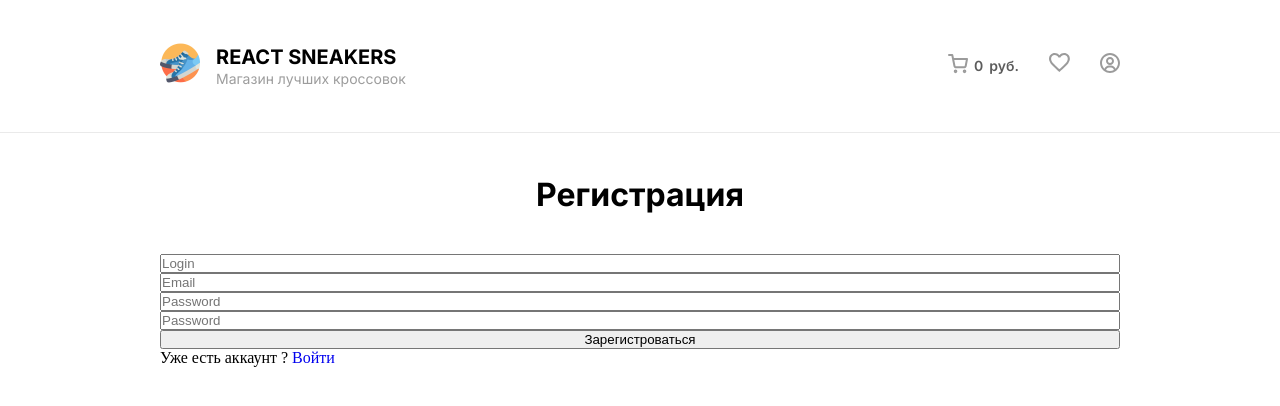
Repository: maxbirimkulov/sneakers20
Page: src/pages/register.html
The author's editor kept a copy of each file at every save. The page is drawn from the files as they stood at one save, then again after the next save.
The browser window is 1280 px wide. The pictures show the whole page.
The style sheet was rebuilt from its Sass, Less or Tailwind sources for each picture, by a compiler version that may differ from the author's.

Above is the page before, as saved 2022-11-12 20:48:12.

### src/pages/register.html
<!DOCTYPE html>
<html lang="en">
  <head>
    <meta charset="UTF-8" />
    <meta
      name="viewport"
      content="width=device-width, user-scalable=no, initial-scale=1.0, maximum-scale=1.0, minimum-scale=1.0"
    />
    <meta http-equiv="X-UA-Compatible" content="ie=edge" />
    <title>Document</title>
    <link rel="stylesheet" href="../css/style.css" />
  </head>
  <body>
    <div class="floor">
      <header class="header">
        <div class="container">
          <nav class="header__nav">
            <div class="header__logo">
              <img
                src="../images/mainLogo.png"
                alt="Logo"
                class="header__logo-img"
              />
              <div class="header__logo-text">
                <h1 class="header__logo-title">
                  <a href="../../index.html" class="header__logo-title-link"
                    >react sneakers</a
                  >
                </h1>
                <p class="header__logo-subtitle">
                  <a href="../../index.html" class="header__logo-subtitle"
                    >Магазин лучших кроссовок</a
                  >
                </p>
              </div>
            </div>
            <div class="header__links">
              <p class="header__links-basket">
                <span class="header__links-basket-logo"
                  ><svg
                    width="20"
                    height="20"
                    viewBox="0 0 20 20"
                    fill="none"
                    xmlns="http://www.w3.org/2000/svg"
                  >
                    <path
                      d="M7.54548 18.1818C7.99735 18.1818 8.36366 17.8155 8.36366 17.3636C8.36366 16.9118 7.99735 16.5455 7.54548 16.5455C7.09361 16.5455 6.72729 16.9118 6.72729 17.3636C6.72729 17.8155 7.09361 18.1818 7.54548 18.1818Z"
                      stroke="#9B9B9B"
                      stroke-width="2"
                      stroke-linecap="round"
                      stroke-linejoin="round"
                    />
                    <path
                      d="M16.5455 18.1818C16.9973 18.1818 17.3637 17.8155 17.3637 17.3636C17.3637 16.9118 16.9973 16.5455 16.5455 16.5455C16.0936 16.5455 15.7273 16.9118 15.7273 17.3636C15.7273 17.8155 16.0936 18.1818 16.5455 18.1818Z"
                      stroke="#9B9B9B"
                      stroke-width="2"
                      stroke-linecap="round"
                      stroke-linejoin="round"
                    />
                    <path
                      d="M1 1H4.27273L6.46545 11.9555C6.54027 12.3321 6.7452 12.6705 7.04436 12.9113C7.34351 13.1522 7.71784 13.2801 8.10182 13.2727H16.0545C16.4385 13.2801 16.8129 13.1522 17.112 12.9113C17.4112 12.6705 17.6161 12.3321 17.6909 11.9555L19 5.09091H5.09091"
                      stroke="#9B9B9B"
                      stroke-width="2"
                      stroke-linecap="round"
                      stroke-linejoin="round"
                    />
                  </svg>
                </span>
                <span class="total">0</span> руб.
              </p>
              <a href="./favorites.html" class="header__links-favorites"
                ><span class="header__links-favorites-logo"
                  ><svg
                    width="21"
                    height="19"
                    viewBox="0 0 21 19"
                    fill="none"
                    xmlns="http://www.w3.org/2000/svg"
                  >
                    <path
                      d="M15.1003 0C16.7293 0 18.0976 0.54932 19.2052 1.64796C20.3129 2.7466 20.8668 4.08759 20.8668 5.67092C20.8668 6.44643 20.7039 7.23002 20.3781 8.02169C20.0523 8.81335 19.6939 9.51616 19.303 10.1301C18.912 10.744 18.2523 11.5357 17.3238 12.5051C16.3953 13.4745 15.6134 14.2581 14.9781 14.8559C14.3428 15.4537 13.3248 16.3665 11.9239 17.5944L10.4089 18.9515L8.89403 17.6429C7.52572 16.3827 6.51577 15.4537 5.8642 14.8559C5.21262 14.2581 4.42258 13.4745 3.49408 12.5051C2.56559 11.5357 1.90586 10.744 1.51492 10.1301C1.12397 9.51616 0.773748 8.81335 0.464249 8.02169C0.15475 7.23002 0 6.44643 0 5.67092C0 4.08759 0.553841 2.7466 1.66152 1.64796C2.7692 0.54932 4.12123 0 5.71759 0C7.60717 0 9.17095 0.727041 10.4089 2.18112C11.6469 0.727041 13.2107 0 15.1003 0ZM10.5067 16.0918C12.1031 14.6701 13.2677 13.6118 14.0008 12.9171C14.7338 12.2224 15.5401 11.3903 16.4198 10.4209C17.2994 9.45153 17.9102 8.60332 18.2523 7.87628C18.5944 7.14924 18.7654 6.41412 18.7654 5.67092C18.7654 4.63691 18.4152 3.78061 17.7148 3.10204C17.0143 2.42347 16.1428 2.08418 15.1003 2.08418C14.3184 2.08418 13.5772 2.31037 12.8768 2.76276C12.1764 3.21514 11.6795 3.79677 11.3863 4.50765H9.43158C9.17095 3.79677 8.69041 3.21514 7.98997 2.76276C7.28952 2.31037 6.53206 2.08418 5.71759 2.08418C4.67507 2.08418 3.81173 2.42347 3.12757 3.10204C2.44342 3.78061 2.10134 4.63691 2.10134 5.67092C2.10134 6.41412 2.26423 7.14924 2.59002 7.87628C2.91581 8.60332 3.52666 9.45153 4.42258 10.4209C5.3185 11.3903 6.13297 12.2224 6.866 12.9171C7.59902 13.6118 8.74743 14.6701 10.3112 16.0918L10.4089 16.1888L10.5067 16.0918Z"
                      fill="#9B9B9B"
                    />
                  </svg> </span
              ></a>
              <a href="./register.html" class="header__links-user"
                ><span class="header__links-user-logo"
                  ><svg
                    width="20"
                    height="20"
                    viewBox="0 0 20 20"
                    fill="none"
                    xmlns="http://www.w3.org/2000/svg"
                  >
                    <path
                      fill-rule="evenodd"
                      clip-rule="evenodd"
                      d="M0 10C0 4.579 4.579 0 10 0C15.421 0 20 4.579 20 10C20 13.19 18.408 16.078 16 17.924V18H15.898C14.23 19.245 12.187 20 10 20C7.813 20 5.77 19.245 4.102 18H4V17.924C1.592 16.078 0 13.189 0 10ZM7.12347 15.236C6.59154 15.6639 6.22136 16.2604 6.074 16.927C7.242 17.604 8.584 18 10 18C11.416 18 12.758 17.604 13.926 16.927C13.7785 16.2605 13.4082 15.6641 12.8764 15.2362C12.3445 14.8083 11.6827 14.5744 11 14.573H9C8.3173 14.5742 7.6554 14.808 7.12347 15.236ZM13.7677 13.4117C14.5877 13.9574 15.2286 14.7329 15.61 15.641C17.077 14.182 18 12.176 18 10C18 5.663 14.337 2 10 2C5.663 2 2 5.663 2 10C2 12.176 2.923 14.182 4.39 15.641C4.77144 14.7329 5.41227 13.9574 6.23227 13.4117C7.05227 12.866 8.01501 12.5742 9 12.573H11C11.985 12.5742 12.9477 12.866 13.7677 13.4117ZM6 8C6 5.72 7.72 4 10 4C12.28 4 14 5.72 14 8C14 10.28 12.28 12 10 12C7.72 12 6 10.28 6 8ZM8 8C8 9.178 8.822 10 10 10C11.178 10 12 9.178 12 8C12 6.822 11.178 6 10 6C8.822 6 8 6.822 8 8Z"
                      fill="#9B9B9B"
                    />
                  </svg> </span
              ></a>
            </div>
          </nav>
        </div>
      </header>
      <div class="container">
        <div class="register">
          <h2 class="register__title">Регистрация</h2>
          <form class="register__form">
            <input class="register__input" type="text" placeholder="Login" />
            <input class="register__input" type="email" placeholder="Email" />
            <input
              class="register__input"
              type="password"
              placeholder="Password"
            />
            <input
              class="register__input"
              type="password"
              placeholder="Password"
            />
            <button type="submit" class="register__btn">
              Зарегистроваться
            </button>
            <span>Уже есть аккаунт ? <a href="./login.html">Войти</a></span>
          </form>
        </div>
      </div>
    </div>
    <script type="module" src="../js/register.js"></script>
  </body>
</html>

### src/js/register.js
import {changeUser, getUserFromLocalStorage} from './user.js'

getUserFromLocalStorage()


let formRegister = document.querySelector('.register')
formRegister.addEventListener('submit', (e) =>{
    e.preventDefault()

    let userData = {
        login:e.target[0].value,
        email:e.target[1].value,
        password:e.target[2].value
    }

    fetch('http://localhost:8080/register', {
        method: "POST",
        headers: {
            'Content-Type':  'application/json'
        },
        body: JSON.stringify(userData)
    }).then((res) => res.json())
        .then((res) => {
            changeUser({
                ...res.user,
                token: res.accessToken
            })
        })
        .catch((err) => console.log(err))

})

### src/js/user.js



export let user = {
    login : "",
    email : ""
}

export const getUserFromLocalStorage = () => {
    if (localStorage.getItem('user') !== null){
        user = JSON.parse(localStorage.getItem('user'))
    }
}


export const changeUser = (data) => {
    user = {...data}
    localStorage.setItem('user', JSON.stringify(user))
    location.href = 'http://localhost:63342/new%20project/index.html'
}

### src/css/style.scss
@import url('https://fonts.googleapis.com/css2?family=DM+Sans:wght@700&family=Inter:wght@400;500;600;700&display=swap');

* {
  margin: 0;
  padding: 0;
  box-sizing: border-box;
  text-decoration: none;
  list-style-type: none;
  transition: 0.3s;
}
.container {
  max-width: 1050px;
  padding: 0 45px;
  margin: 0 auto;
}
$int: 'inter', sans-serif;

@mixin text($ff, $fs, $fw, $fz, $lh, $col) {
  font-family: $ff;
  font-style: $fs;
  font-weight: $fw;
  font-size: $fz;
  @if $lh > 0 {
    line-height: $lh;
  }
  color: $col;
}
body,
.floor {
  background-color: #fff;
}
@import '_header.scss';
@import '_main.scss';
@import '_assort.scss';
@import '_basketPopup.scss';
@import '_card.scss';
@import '_basket.scss';
@import '_favorites.scss';
@import '_basketNone.scss';
@import '_register';

### src/css/_header.scss
.header {
  padding: 43px 0 45px;
  &__nav {
    display: flex;
    justify-content: space-between;
    align-items: center;
  }
  &__logo {
    display: flex;
    &-img {
      width: 40px;
      height: 40px;
    }
    &-text {
      margin-left: 16px;
    }
    &-title {
      &-link {
        @include text($int, normal, 700px, 20px, 0, #000000);
        text-transform: uppercase;
      }
    }
    &-subtitle {
      @include text($int, normal, 400, 14px, 0, #9d9d9d);
    }
  }
  &__links {
    display: flex;
    &-basket {
      display: flex;
      gap: 6px;
      align-items: center;
      @include text($int, normal, 600, 14px, 0, #5c5c5c);
      margin-left: 10px;
      cursor: pointer;
    }
    &-favorites {
      margin: 0 30px;
    }
  }
  border-bottom: 1px solid #eaeaea;
}

### src/css/_main.scss
.swiper {
  width: 100%;
  height: 100%;
}

.swiper-slide {
  display: -webkit-box;
  display: -ms-flexbox;
  display: -webkit-flex;
  display: flex;
  -webkit-box-pack: center;
  -ms-flex-pack: center;
  -webkit-justify-content: center;
  justify-content: center;
  -webkit-box-align: center;
  -ms-flex-align: center;
  -webkit-align-items: center;
  align-items: center;
}

.swiper__icon{
  &-next{
    background-color: white;
    border-radius: 50%;
    cursor: pointer;
    position: absolute;
    right: 0;
    top: 50%;
    transform: translateY(-50%),;
    z-index: 2;
    padding: 8px 14px;
    display: flex;
    justify-content: center;
    align-items: center;
    transition: 0.2s;
    -webkit-box-shadow: 0px 0px 11px 5px rgba(0, 0, 0, 0.01);
    -moz-box-shadow: 0px 0px 11px 5px rgba(0, 0, 0, 0.01);
    box-shadow: 0px 0px 11px 5px rgba(0, 0, 0, 0.01);
    &:hover{
      transition: 0.2s;
      -webkit-box-shadow: 0px 0px 11px 5px rgba(0, 0, 0, 0.07);
      -moz-box-shadow: 0px 0px 11px 5px rgba(0, 0, 0, 0.07);
      box-shadow: 0px 0px 11px 5px rgba(0, 0, 0, 0.07);
    }
  }
  &-prev{
    background-color: white;
    border-radius: 50%;
    position: absolute;
    left: 0;
    top: 50%;
    cursor: pointer;
    transform:translateY(-50%) rotate(180deg);
    z-index: 2;
    padding: 8px 14px;
    display: flex;
    justify-content: center;
    align-items: center;
    transition: 0.2s;
    -webkit-box-shadow: 0px 0px 11px 5px rgba(0, 0, 0, 0.01);
    -moz-box-shadow: 0px 0px 11px 5px rgba(0, 0, 0, 0.01);
    box-shadow: 0px 0px 11px 5px rgba(0, 0, 0, 0.01);
    &:hover{
      transition: 0.2s;
      -webkit-box-shadow: 0px 0px 11px 5px rgba(0, 0, 0, 0.07);
      -moz-box-shadow: 0px 0px 11px 5px rgba(0, 0, 0, 0.07);
      box-shadow: 0px 0px 11px 5px rgba(0, 0, 0, 0.07);
    }
  }
}

.main{
  &__swipe{
    &-block{
      background-color: #F4EFE9;
      border-radius: 20px;
      max-height: 300px;
      display: flex;
      align-items: center;
      justify-content: space-between;
      width: 100%;
    }
    &-box{
      position: relative;
      padding: 16px 0 20px 51px;
      min-height: 300px;
      &-scn{
        margin: 0;
        padding: 0;
        max-width: 641.18px;
      }
      &-desc{
        @include text($int,normal,700,38px,46px,#8BB43C);
        margin: 32px 17.45px 10.45px 35px;
        &-black{
          color: black;
        }
      }
      &-btn{
        position: absolute;
        padding: 14px 60px;
        border-radius: 110px;
        @include text($int,normal,700px,16px, 0, white);
        text-transform: uppercase;
        background-color: #A5D364;
        bottom: 45px;
        left: 27%;
        transform: translate(-50%, -50);
        transition: 0.2s;
        &:hover{
          transition: 0.2s;
          transform: scale(1.1);
        }
      }
      &-img{
        width: 100%;
      }
    }
  }
}

### src/css/_assort.scss
.main__assort {
  &-topContent {
    display: flex;
    flex-wrap: wrap;
    justify-content: space-between;
    padding: 37px 0 36px;
    width: 100%;
  }
  &-filter {
    display: flex;
    justify-content: space-between;
    align-items: center;
    gap: 10px;
  }
  &-select {
    background: transparent;
    border: 1px solid #bdbdbd;
    border-radius: 8px;
    padding: 0 10px;
    height: 40px;
  }
  &-form {
    margin: 15px 0 0;
    display: flex;
    align-items: center;
    position: relative;
    &-input {
      border-radius: 10px;
      border: 1px solid #bdbdbd;
      outline: none;
      padding: 13px 40px 15px 46px;
      max-width: 250px;
      &::-webkit-input-placeholder {
        color: #c4c4c4;
      }
      &::-moz-placeholder {
        color: #c4c4c4;
      }
      &:-ms-input-placeholder {
        color: #c4c4c4;
      }
      &::-ms-input-placeholder {
        color: #c4c4c4;
      }
      &::placeholder {
        color: #c4c4c4;
      }
      &::-webkit-search-cancel-button {
        position: absolute;
        right: 18px;
        cursor: pointer;
        color: #5c5c5c;
      }
    }
    &-icon {
      position: absolute;
      left: 18px;
      top: 50%;
      transform: translateY(-50%);
    }
  }
  &-title {
    @include text($int, normal, 700, 32px, 0, black);
  }
  &-mainContent {
    min-height: 700px;
    position: relative;
    display: flex;
    justify-content: center;
    align-items: center;
    flex-wrap: wrap;
    gap: 40px;
    &-shoes {
      border: 1px solid #bdbdbd;
      border-radius: 40px;
      padding: 20px 29px 34px 30px;
      max-width: 210px;
    }
    &-favorites {
      display: inline-block;
      position: absolute;
      border: 1px solid #f8f8f8;
      border-radius: 7px;
      padding: 9.6px 9.07px 3.59px;
      cursor: pointer;
      &:hover {
        transform: scale(1.13);
        background-color: rgba(253, 239, 239, 0.87);
        transition: 0.2s;
      }
      &-active {
        display: none;
        position: absolute;
        background-color: #fef0f0;
        border: 1px solid transparent;
        border-radius: 7px;
        padding: 9.6px 9.07px 3.59px;
        cursor: pointer;
      }
    }
    &-product {
      &-desc {
        @include text($int, normal, 400, 14px, 17px, black);
      }
      &-pricesDesc {
        margin-top: 14px;
        display: flex;
        justify-content: space-between;
        align-items: center;
        &-price {
          @include text($int, normal, 500, 11px, 13px, #bdbdbd);
          text-transform: uppercase;
        }
        &-cost {
          @include text($int, normal, 700, 14px, 17px, black);
        }
        &-addBask {
          cursor: pointer;
          display: inline-block;
          padding: 5.33px 8.33px;
          border: 1px solid #f2f2f2;
          border-radius: 8px;
          transition: 0.2s;
          &:hover {
            transform: scale(1.13);
            background-color: rgba(253, 239, 239, 0.87);
            transition: 0.2s;
          }
          &-active {
            cursor: pointer;
            max-height: 32px;
            max-width: 32px;
            padding: 5.33px 8.33px;
            border: 1px solid white;
            border-radius: 8px;
            background: linear-gradient(180deg, #89f09c 0%, #3cc755 100%);
            transition: 0.2s;
            &:hover {
              transform: scale(1.13);
              transition: 0.2s;
            }
          }
        }
      }
    }
  }
}

### src/css/_basketPopup.scss
.basket {
  transform: translateX(100%);
  background: rgba(0, 00, 000, 0.4);
  height: 100vh;
  width: 100vw;
  z-index: 100;
  position: fixed;
  left: 0;
  top: 0;
  bottom: 0;
  &__cards {
    margin-top: 20px;
    max-height: 400px;
    overflow-y:  scroll;
    display: flex;
    gap: 20px;
    flex-wrap: wrap;
  }

  &__card {
    position: relative;  width: 100%;  height: 120px;  padding: 0 30px;    background: #FFFFFF;  border: 1px solid #F3F3F3;  border-radius: 20px;  &:hover {
    box-shadow: 0px 14px 30px 0px rgba(0, 0, 0, 0.05);  }
    &-img {
      position: absolute;    left: 20px;    top: 50%;    transform: translateY(-50%);    max-width: 80px;  }
    &__name {
      position: absolute;    width: 133px;    height: 36px;    overflow: hidden;    left: 120px;    top: 30px;    font-family: 'Inter', sans-serif;    font-style: normal;    font-weight: 400;    font-size: 14px;    line-height: 17px;    color: #000000;  }
    &__sum {
      position: absolute;    left: 120px;    bottom: 30px;    font-family: 'Inter', sans-serif;    font-style: normal;    font-weight: 700;    font-size: 14px;color: #000000;  }
    &__X {
      position: absolute;    right: 20px;    top: 50%;    transform: translateY(-50%);    max-width: 70px;    cursor: pointer;  }
  }
  &.show {
    transform: translateX(0%);
  }
  &__content {
    display: flex;
    flex-direction: column;
    justify-content: space-between;
    background: #fff;
    position: fixed;
    padding: 30px;
    height: 100vh;
    width: 385px;
    top: 0;
    right: 0;
  }
  &__title {
    @include text($int, normal, 700, 24px, 29px, #000000);
  }
  &__text {
    display: flex;
    justify-content: space-between;
    margin-bottom: 19px;
    &:last-of-type {
      margin-bottom: 24px;
    }
    &-desc {
      @include text($int, normal, 400, 16px, 19px, #000000);
    }
    &-sum {
      @include text($int, normal, 600, 16px, 19px, #000000);
    }
  }
  &__btn {
    @include text($int, normal, 600, 16px, 19px, #fff);
    padding: 12px 0;
    background: #9dd558;
    border-radius: 18px;
    border: 1px solid #9dd558;
    width: 100%;
  }
}

.name {
  font-size: 30px;
  color: red;
  text-align: center;
}

### src/css/_card.scss
.info {
  background: antiquewhite;
  padding: 40px 0;
  &__block {
    display: flex;
    flex-wrap: wrap;
    -moz-column-gap: 40px;
         column-gap: 40px;
    row-gap: 40px;
  }
  &__card {
    width: calc(25% - 30px);
    background: #ffffff;
    border: 1px solid #f3f3f3;
    border-radius: 40px;
    padding: 20px 40px;
    cursor: pointer;
    transition: 0.2s;
    &:hover {
      background: #ffffff;
      border: 1px solid #f8f8f8;
      box-shadow: 0 14px 30px rgba(0, 0, 0, 0.05);
      border-radius: 40px;
      transition: 0.2s;
      transform: scale(1.05);
    }
  }
  &__desc {
    @include text($int, normal, 400, 14px, 17px, #000);
    margin: 14px 0;
  }
  &__bottom {
    display: flex;
    justify-content: space-between;
  }
  &__sel {
    @include text($int, normal, 500, 11px, 13px, #bdbdbd);
    text-transform: uppercase;
  }
  &__sum {
    @include text($int, normal, 700, 14px, 17px, #000);
  }
}

### src/css/_basket.scss
.basket__main{
  &-topContent{
    padding: 42px 0 40px;
    &-nav{
      display: flex;
      align-items: center;
      gap: 21px;
    }
    &-title{
      @include text($int, normal, 700, 32px, 0, black)
    }
    &-link{
      padding: 8px 14px;
      max-width: 35px;
      max-height: 35px;
      display: flex;
      justify-content: center;
      align-items: center;
      border: 1px solid #F2F2F2;
      border-radius: 8px;
    }
  }
  &-mainContent{
    &-assort{
      display: flex;
      flex-wrap: wrap;
      gap: 40px;
    }
  }
}

### src/css/_favorites.scss
.main__assort-mainContent-favorites{
  &-off{
    display: none;
  }
  &-on{
    display: inline-block;
  }
}

### src/css/_basketNone.scss
.basketNone__main {
  display: flex;
  justify-content: center;
  align-items: center;
  padding: 240px 0;
  &-none {
    display: flex;
    flex-wrap: wrap;
    justify-content: center;
    align-items: center;
    max-width: 280px;
    &-text{
      text-align: center;
    }
    &-title {
      margin-top: 24px;
      text-align: center;
      @include text($int, normal, 600, 24px, 0, black);
    }

    &-desc {
      text-align: center;
      margin: 11px 0 41px;
      @include text($int, normal, 400, 16px, 24px, black);
    }

    &-link {
      padding: 17px 40px 19px;
      background-color: #9DD458;
      border-radius: 18px;
      @include text($int, normal, 400, 16px, 0, white);

      &-icon {
        margin-right: 17px;

      }
    }
  }
}

### src/css/_register.scss
.register {
  &__title {
    @include text($int, normal, 700, 32px, 0, black);
    margin: 42px auto 40px;
    text-align: center;
  }
  &__form {
    margin: 0 auto;
    display: flex;
    flex-direction: column;
    justify-content: center;
  }
}

After the next save:
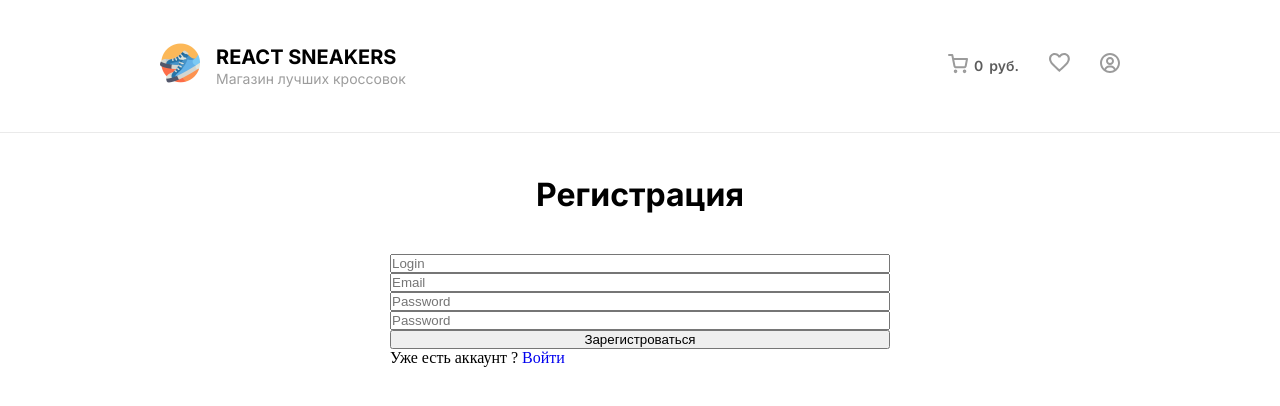
Saved 7 s later.
--- a/src/css/_register.scss
+++ b/src/css/_register.scss
@@ -9,5 +9,6 @@
     display: flex;
     flex-direction: column;
     justify-content: center;
+    max-width: 500px;
   }
 }
